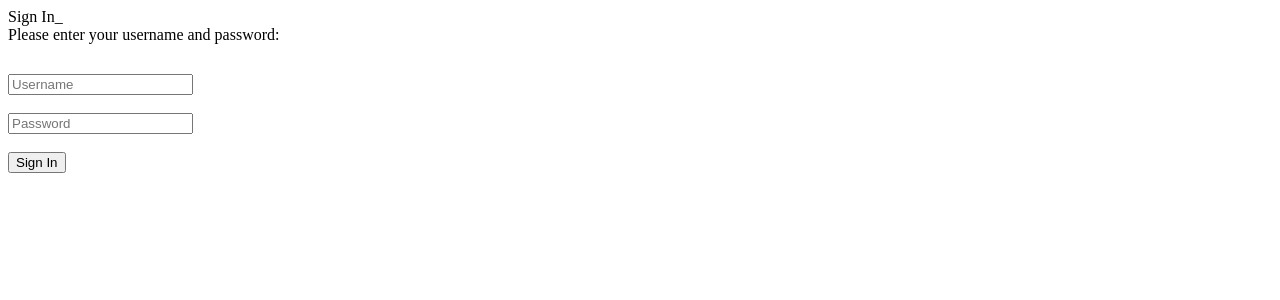
Repository: Sonalitanika/Assigment_IT17048842
Page: Lab09/WebContent/EditUser.html
The author's editor kept a copy of each file at every save. The page is drawn from the files as they stood at one save, then again after the next save.
The browser window is 1280 px wide. The pictures show the whole page.

Above is the page before, as saved 2019-05-25 16:56:45.

### Lab09/WebContent/EditUser.html
<!DOCTYPE html>
<html>
<head>
<meta charset="utf-8">
<title>Login</title>
<script type="text/javascript" src="js/jquery-3.4.1.min.js"></script>
</head>
<body>
 <!--body area-->
    <div>

        <!--header area-->
        <div class="header">

            <!--header inner area-->
            <div class="header_inner_area_other">


                <!--header image area-->
                <div class="header_image_other">
                    Sign In_
                </div>
            </div>
        </div>

        <!--content area-->
        <div class="content">

            <!--inner_content_1 area-->
            <div class="inner_content_1">

                <div class="text-center content_area">Please enter your username and password:</div>

                <div class="text-center" style="margin-top: 30px">
                    <form name="signin" method="post" action="Login">
                        <input type="text" name="username" placeholder="Username" class="input_style1"><br><br>
                        <input type="password" name="password" placeholder="Password" class="input_style1"><br><br>

                        <div class="text-center content_area">

                        </div>

                        <button type="submit" class="form_button">Sign In</button>
                    </form>
                </div>

            </div>

            <!--inner_content_2 area-->
            <div class="inner_content_2">

            </div>
        </div>

        <!--footer area-->
        <div class="footer">

            <!--footer inner area-->
            <div class="footer_inner_area">


            </div>

        </div>
    </div>
</body>
</html>

Loaded but not shown: Lab09/WebContent/js/jquery-3.4.1.min.js (library)

After the next save:
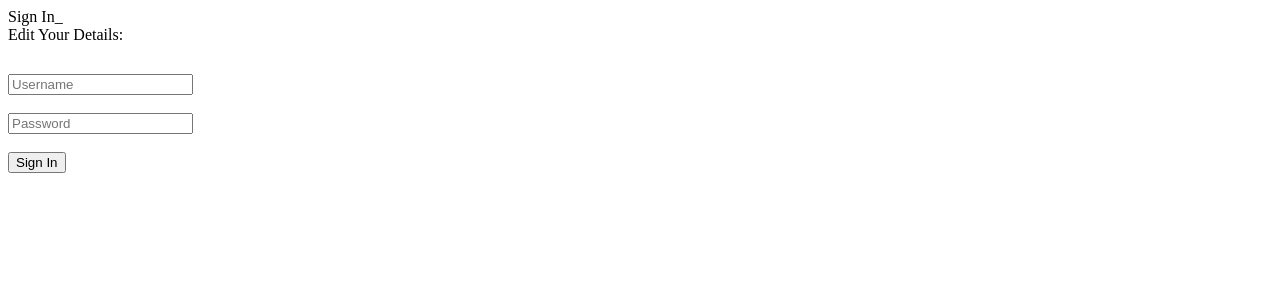
Saved 34 s later.
--- a/Lab09/WebContent/EditUser.html
+++ b/Lab09/WebContent/EditUser.html
@@ -29,7 +29,7 @@
             <!--inner_content_1 area-->
             <div class="inner_content_1">
 
-                <div class="text-center content_area">Please enter your username and password:</div>
+                <div class="text-center content_area">Edit Your Details:</div>
 
                 <div class="text-center" style="margin-top: 30px">
                     <form name="signin" method="post" action="Login">
